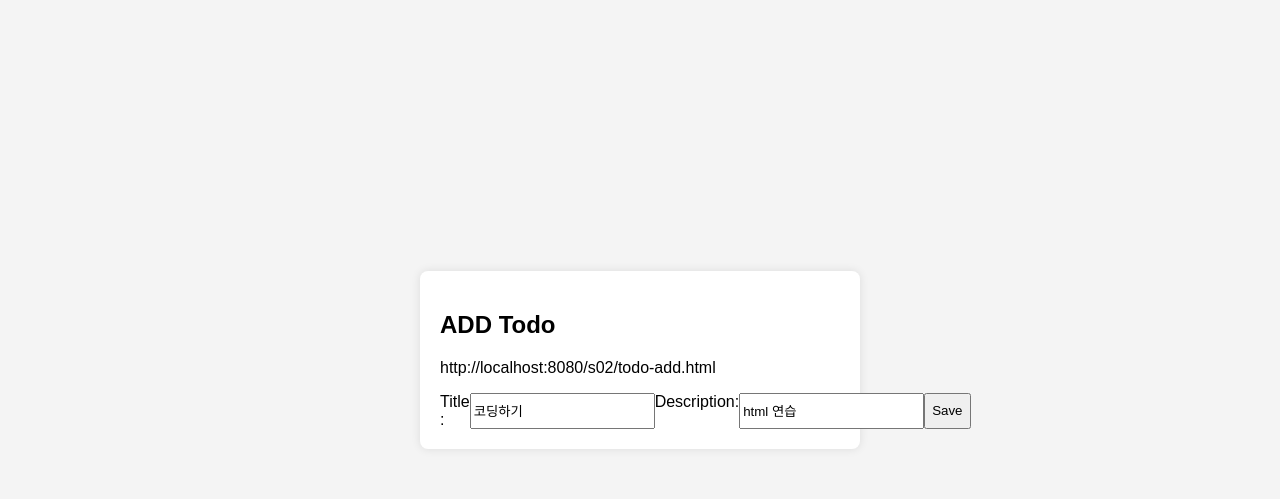
Repository: kimmingyeong225/totalJSP
Page: class_servlet_02/src/main/webapp/todo-add.html
An editor plug-in stored every save of this project. The page is shown before and after the next save, followed by the edit.
The browser window is 1280 px wide. The pictures show the whole page.

Above is the page before, as saved 2024-07-01 06:11:55.

After the next save:
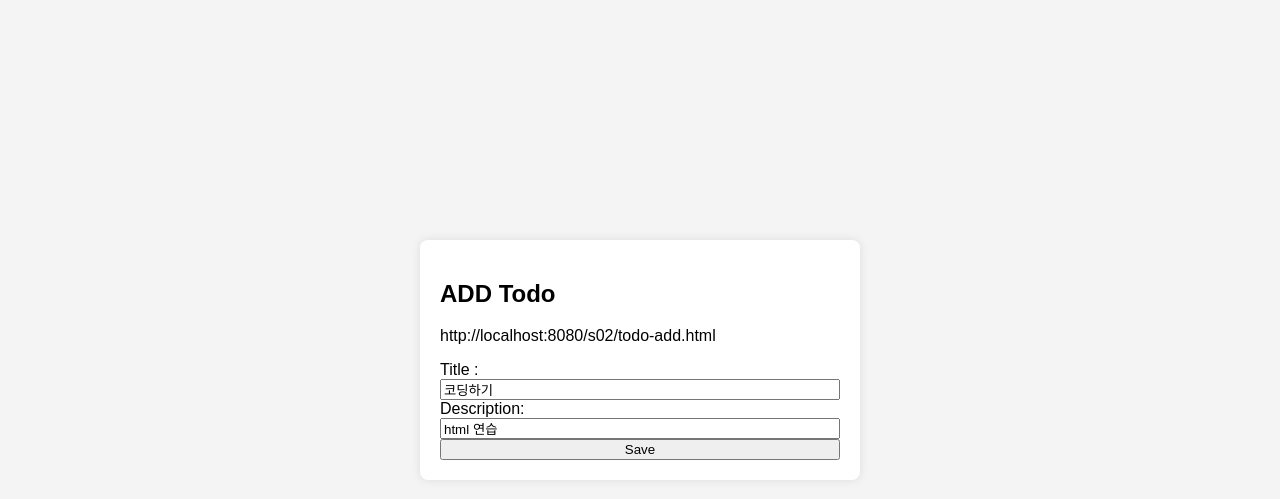
Saved 37 s later.
--- a/class_servlet_02/src/main/webapp/todo-add.html
+++ b/class_servlet_02/src/main/webapp/todo-add.html
@@ -25,6 +25,7 @@
 
 	form {
 		display: flex;
+		flex-direction: column;
 
 	}
 
